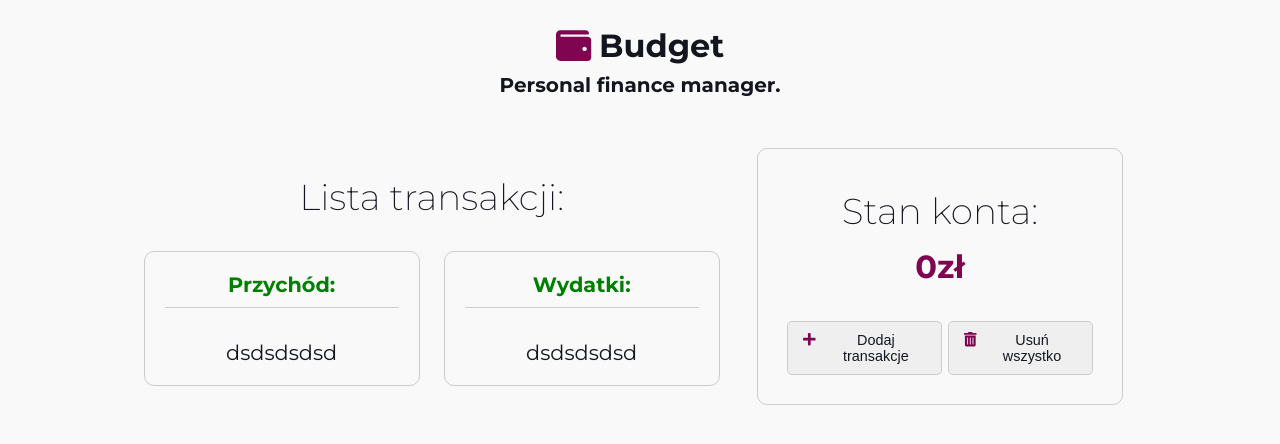
Repository: KrzysKolo/sr_tydzien4_zad4
Page: /
An editor plug-in stored every save of this project. The page is shown before and after the next save, followed by the edit.
The browser window is 1280 px wide. The pictures show the whole page.
Some web libraries are served in a nearby version. The project was rebuilt for these pictures with package versions that can differ from the ones it lists, and the page was loaded fresh each time.

Above is the page before, as saved 2020-11-29 19:05:12.

After the next save:
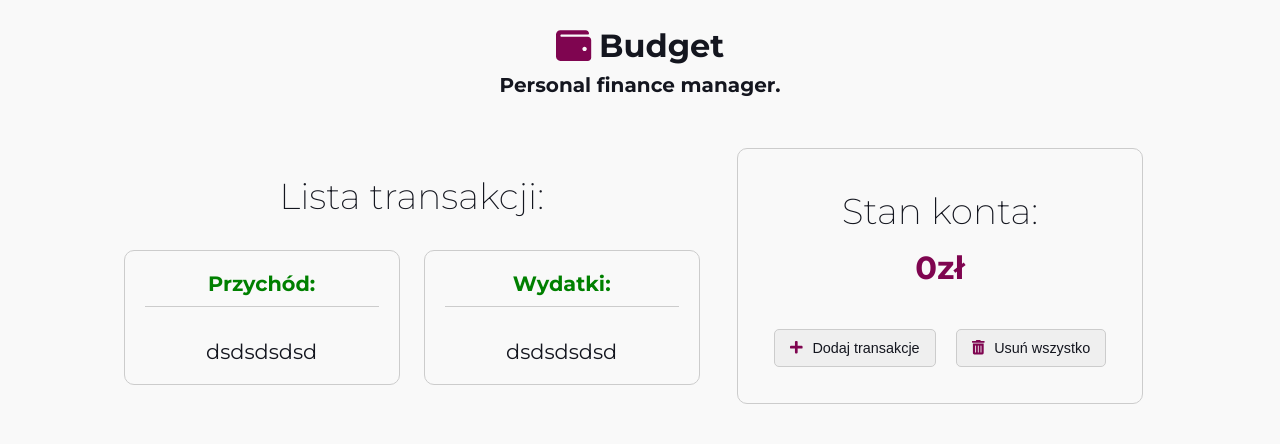
Saved 62 s later.
--- a/src/components/buttons/Button.js
+++ b/src/components/buttons/Button.js
@@ -5,7 +5,7 @@ import { FontAwesomeIcon } from '@fortawesome/react-fontawesome';
 const ButtonDiv = styled.button`
     border: 1px solid #ccc;
     border-radius: 5px;
-    margin: 1%;
+    margin: 10px;
     padding: 10px 15px;
     display: flex;
     flex-direction: row;
